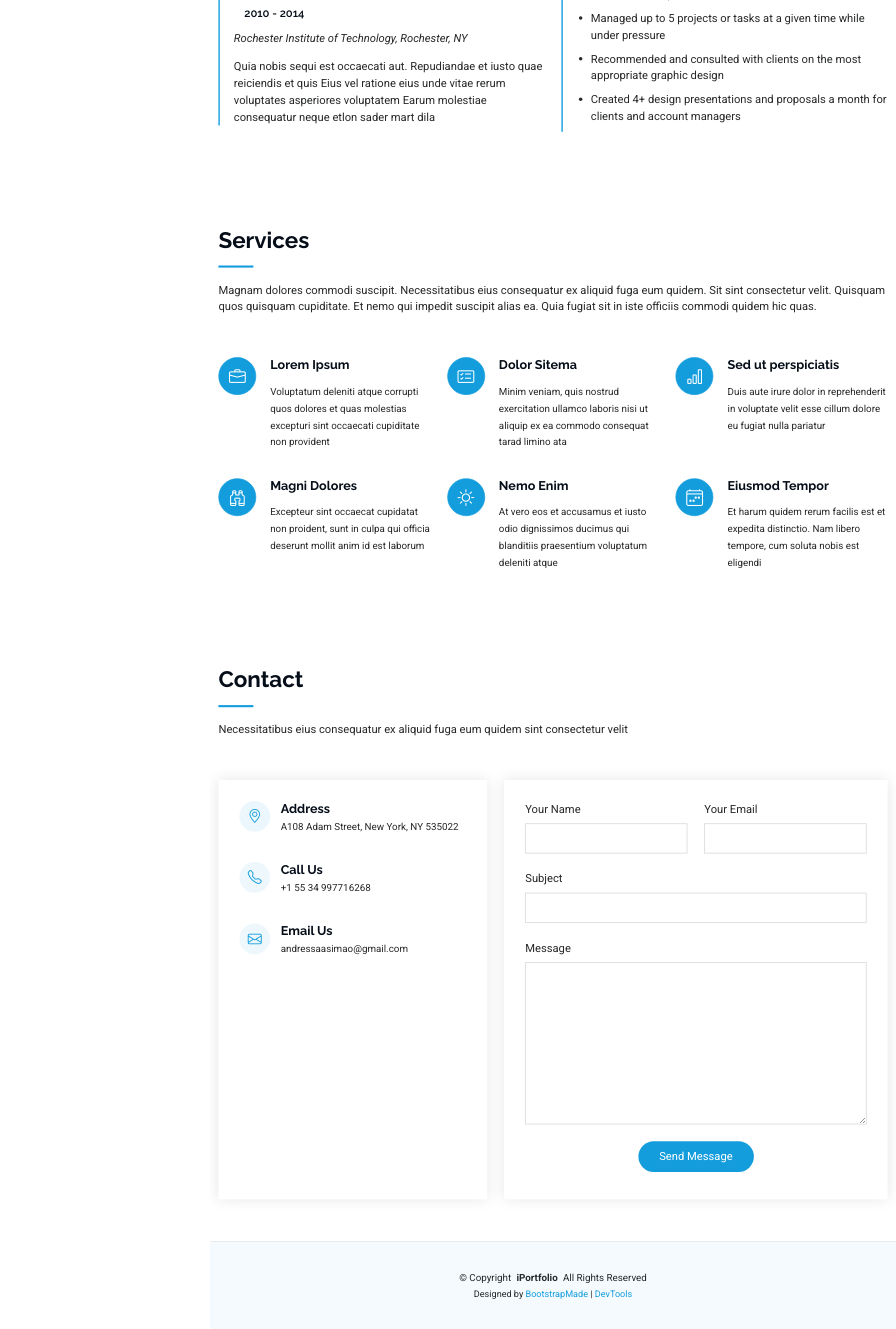
Repository: Andressa-Sim/IPortifolio
Page: index.html
The author's editor kept a copy of each file at every save. The page is drawn from the files as they stood at one save, then again after the next save.
The browser window is 1280 px wide. The pictures show the part of the page from y = 2806 to 4726 px (the page is 4705 px tall before and 4726 px after), at 70% of full size.
Pictures or frames that could not be fetched are drawn as grey boxes.

Above is the page before, as saved 2026-04-13 14:27:23.

### index.html
<!DOCTYPE html>
<html lang="en">

<head>
  <meta charset="utf-8">
  <meta content="width=device-width, initial-scale=1.0" name="viewport">
  <title>Index - iPortfolio Bootstrap Template</title>
  <meta content="" name="description">
  <meta content="" name="keywords">

  <!-- Favicons -->
  <link href="assets/img/favicon.png" rel="icon">
  <link href="assets/img/apple-touch-icon.png" rel="apple-touch-icon">

  <!-- Fonts -->
  <link href="https://fonts.googleapis.com" rel="preconnect">
  <link href="https://fonts.gstatic.com" rel="preconnect" crossorigin>
  <link href="https://fonts.googleapis.com/css2?family=Roboto:ital,wght@0,100;0,300;0,400;0,500;0,700;0,900;1,100;1,300;1,400;1,500;1,700;1,900&family=Poppins:ital,wght@0,100;0,200;0,300;0,400;0,500;0,600;0,700;0,800;0,900;1,100;1,200;1,300;1,400;1,500;1,600;1,700;1,800;1,900&family=Raleway:ital,wght@0,100;0,200;0,300;0,400;0,500;0,600;0,700;0,800;0,900;1,100;1,200;1,300;1,400;1,500;1,600;1,700;1,800;1,900&display=swap" rel="stylesheet">

  <!-- Vendor CSS Files -->
  <link href="assets/vendor/bootstrap/css/bootstrap.min.css" rel="stylesheet">
  <link href="assets/vendor/bootstrap-icons/bootstrap-icons.css" rel="stylesheet">
  <link href="assets/vendor/aos/aos.css" rel="stylesheet">
  <link href="assets/vendor/glightbox/css/glightbox.min.css" rel="stylesheet">
  <link href="assets/vendor/swiper/swiper-bundle.min.css" rel="stylesheet">

  <!-- Main CSS File -->
  <link href="assets/css/main.css" rel="stylesheet">

  <!-- =======================================================
  * Template Name: iPortfolio
  * Template URL: https://bootstrapmade.com/iportfolio-bootstrap-portfolio-websites-template/
  * Updated: Jun 29 2024 with Bootstrap v5.3.3
  * Author: BootstrapMade.com
  * License: https://bootstrapmade.com/license/
  ======================================================== -->
</head>

<body class="index-page">

  <header id="header" class="header dark-background d-flex flex-column">
    <i class="header-toggle d-xl-none bi bi-list"></i>

    <div class="profile-img">
      <img src="assets/img/my-profile-img.jpg" alt="" class="img-fluid rounded-circle">
    </div>

    <a href="index.html" class="logo d-flex align-items-center justify-content-center">
      <!-- Uncomment the line below if you also wish to use an image logo -->
      <!-- <img src="assets/img/logo.png" alt=""> -->
      <h1 class="sitename">Andressa Alves</h1>
    </a>

    <div class="social-links text-center">
      <a href="#" class="google-plus"><i class="bi bi-skype"></i></a>
      <a href="#" class="linkedin"><i class="bi bi-linkedin"></i></a>
    </div>

    <nav id="navmenu" class="navmenu">
      <ul>
        <li><a href="#hero" class="active"><i class="bi bi-house navicon"></i>Home</a></li>
        <li><a href="#about"><i class="bi bi-person navicon"></i> About</a></li>
        <li><a href="#resume"><i class="bi bi-file-earmark-text navicon"></i> Resume</a></li>
        <li><a href="#services"><i class="bi bi-hdd-stack navicon"></i> Services</a></li>
        <li class="dropdown"><a href="#"><i class="bi bi-menu-button navicon"></i> <span>Dropdown</span> <i class="bi bi-chevron-down toggle-dropdown"></i></a>
          <ul>
            <li><a href="#">Dropdown 1</a></li>
            <li class="dropdown"><a href="#"><span>Deep Dropdown</span> <i class="bi bi-chevron-down toggle-dropdown"></i></a>
              <ul>
                <li><a href="#">Deep Dropdown 1</a></li>
                <li><a href="#">Deep Dropdown 2</a></li>
                <li><a href="#">Deep Dropdown 3</a></li>
                <li><a href="#">Deep Dropdown 4</a></li>
                <li><a href="#">Deep Dropdown 5</a></li>
              </ul>
            </li>
            <li><a href="#">Dropdown 2</a></li>
            <li><a href="#">Dropdown 3</a></li>
            <li><a href="#">Dropdown 4</a></li>
          </ul>
        </li>
        <li><a href="#contact"><i class="bi bi-envelope navicon"></i> Contact</a></li>
      </ul>
    </nav>

  </header>

  <main class="main">

    <!-- Hero Section -->
    <section id="hero" class="hero section dark-background">

      <img src="assets/img/hero-bg.jpg" alt="" data-aos="fade-in" class="">

      <div class="container" data-aos="fade-up" data-aos-delay="100">
        <h2>Andressa Alves</h2>
        <p>I'm <span class="typed" data-typed-items="Designer, Developer, Freelancer">Designer</span><span class="typed-cursor typed-cursor--blink" aria-hidden="true"></span><span class="typed-cursor typed-cursor--blink" aria-hidden="true"></span></p>
      </div>

    </section><!-- /Hero Section -->

    <!-- About Section -->
    <section id="about" class="about section">

      <!-- Section Title -->
      <div class="container section-title" data-aos="fade-up">
        <h2>About</h2>
        <p>Magnam dolores commodi suscipit. Necessitatibus eius consequatur ex aliquid fuga eum quidem. Sit sint consectetur velit. Quisquam quos quisquam cupiditate. Et nemo qui impedit suscipit alias ea. Quia fugiat sit in iste officiis commodi quidem hic quas.</p>
      </div><!-- End Section Title -->

      <div class="container" data-aos="fade-up" data-aos-delay="100">

        <div class="row gy-4 justify-content-center">
          <div class="col-lg-4">
            <img src="assets/img/my-profile-img.jpg" class="img-fluid" alt="">
          </div>
          <div class="col-lg-8 content">
            <h2> Web Developer. &amp; </h2>
            <p class="fst-italic py-3">
              Lorem ipsum dolor sit amet, consectetur adipiscing elit, sed do eiusmod tempor incididunt ut labore et dolore
              magna aliqua.
            </p>
            <div class="row">
              <div class="col-lg-6">
                <ul>
                  <li><i class="bi bi-chevron-right"></i> <strong>Birthday:</strong> <span>1 May 1995</span></li>
                  <li><i class="bi bi-chevron-right"></i> <strong>Website:</strong> <span>www.example.com</span></li>
                  <li><i class="bi bi-chevron-right"></i> <strong>Phone:</strong> <span>+123 456 7890</span></li>
                  <li><i class="bi bi-chevron-right"></i> <strong>City:</strong> <span>New York, USA</span></li>
                </ul>
              </div>
              <div class="col-lg-6">
                <ul>
                  <li><i class="bi bi-chevron-right"></i> <strong>Age:</strong> <span>30</span></li>
                  <li><i class="bi bi-chevron-right"></i> <strong>Degree:</strong> <span>Master</span></li>
                  <li><i class="bi bi-chevron-right"></i> <strong>Email:</strong> <span>email@example.com</span></li>
                  <li><i class="bi bi-chevron-right"></i> <strong>Freelance:</strong> <span>Available</span></li>
                </ul>
              </div>
            </div>
            <p class="py-3">
              Officiis eligendi itaque labore et dolorum mollitia officiis optio vero. Quisquam sunt adipisci omnis et ut. Nulla accusantium dolor incidunt officia tempore. Et eius omnis.
              Cupiditate ut dicta maxime officiis quidem quia. Sed et consectetur qui quia repellendus itaque neque.
            </p>
          </div>
        </div>

      </div>

    </section><!-- /About Section -->



<!-- Skills Section -->
    <section id="skills" class="skills section light-background">

      <!-- Section Title -->
      <div class="container section-title" data-aos="fade-up">
        <h2>Skills</h2>
        <p>Necessitatibus eius consequatur ex aliquid fuga eum quidem sint consectetur velit</p>
      </div><!-- End Section Title -->

      <div class="container" data-aos="fade-up" data-aos-delay="100">

        <div class="row skills-content skills-animation">

          <div class="col-lg-6">

            <div class="progress">
              <span class="skill"><span>HTML</span> <i class="val">100%</i></span>
              <div class="progress-bar-wrap">
                <div class="progress-bar" role="progressbar" aria-valuenow="100" aria-valuemin="0" aria-valuemax="100"></div>
              </div>
            </div><!-- End Skills Item -->

            <div class="progress">
              <span class="skill"><span>CSS</span> <i class="val">90%</i></span>
              <div class="progress-bar-wrap">
                <div class="progress-bar" role="progressbar" aria-valuenow="90" aria-valuemin="0" aria-valuemax="100"></div>
              </div>
            </div><!-- End Skills Item -->

            <div class="progress">
              <span class="skill"><span>JavaScript</span> <i class="val">75%</i></span>
              <div class="progress-bar-wrap">
                <div class="progress-bar" role="progressbar" aria-valuenow="75" aria-valuemin="0" aria-valuemax="100"></div>
              </div>
            </div><!-- End Skills Item -->

          </div>


          </div>

        </div>
</div>
       </section><!-- /Skills Section -->

    <!-- Resume Section -->
    <section id="resume" class="resume section">

      <!-- Section Title -->
      <div class="container section-title" data-aos="fade-up">
        <h2>Resume</h2>
        <p>Magnam dolores commodi suscipit. Necessitatibus eius consequatur ex aliquid fuga eum quidem. Sit sint consectetur velit. Quisquam quos quisquam cupiditate. Et nemo qui impedit suscipit alias ea. Quia fugiat sit in iste officiis commodi quidem hic quas.</p>
      </div><!-- End Section Title -->

      <div class="container">

        <div class="row">

          <div class="col-lg-6" data-aos="fade-up" data-aos-delay="100">
            <h3 class="resume-title">Sumary</h3>

            <div class="resume-item pb-0">
              <h4>Brandon Johnson</h4>
              <p><em>Innovative and deadline-driven Graphic Designer with 3+ years of experience designing and developing user-centered digital/print marketing material from initial concept to final, polished deliverable.</em></p>
              <ul>
                <li>Portland par 127,Orlando, FL</li>
                <li>(123) 456-7891</li>
                <li>alice.barkley@example.com</li>
              </ul>
            </div><!-- Edn Resume Item -->

            <h3 class="resume-title">Education</h3>
            <div class="resume-item">
              <h4>Master of Fine Arts &amp; Graphic Design</h4>
              <h5>2015 - 2016</h5>
              <p><em>Rochester Institute of Technology, Rochester, NY</em></p>
              <p>Qui deserunt veniam. Et sed aliquam labore tempore sed quisquam iusto autem sit. Ea vero voluptatum qui ut dignissimos deleniti nerada porti sand markend</p>
            </div><!-- Edn Resume Item -->

            <div class="resume-item">
              <h4>Bachelor of Fine Arts &amp; Graphic Design</h4>
              <h5>2010 - 2014</h5>
              <p><em>Rochester Institute of Technology, Rochester, NY</em></p>
              <p>Quia nobis sequi est occaecati aut. Repudiandae et iusto quae reiciendis et quis Eius vel ratione eius unde vitae rerum voluptates asperiores voluptatem Earum molestiae consequatur neque etlon sader mart dila</p>
            </div><!-- Edn Resume Item -->

          </div>

          <div class="col-lg-6" data-aos="fade-up" data-aos-delay="200">
            <h3 class="resume-title">Professional Experience</h3>
            <div class="resume-item">
              <h4>Senior graphic design specialist</h4>
              <h5>2019 - Present</h5>
              <p><em>Experion, New York, NY </em></p>
              <ul>
                <li>Lead in the design, development, and implementation of the graphic, layout, and production communication materials</li>
                <li>Delegate tasks to the 7 members of the design team and provide counsel on all aspects of the project. </li>
                <li>Supervise the assessment of all graphic materials in order to ensure quality and accuracy of the design</li>
                <li>Oversee the efficient use of production project budgets ranging from $2,000 - $25,000</li>
              </ul>
            </div><!-- Edn Resume Item -->

            <div class="resume-item">
              <h4>Graphic design specialist</h4>
              <h5>2017 - 2018</h5>
              <p><em>Stepping Stone Advertising, New York, NY</em></p>
              <ul>
                <li>Developed numerous marketing programs (logos, brochures,infographics, presentations, and advertisements).</li>
                <li>Managed up to 5 projects or tasks at a given time while under pressure</li>
                <li>Recommended and consulted with clients on the most appropriate graphic design</li>
                <li>Created 4+ design presentations and proposals a month for clients and account managers</li>
              </ul>
            </div><!-- Edn Resume Item -->

          </div>

        </div>

      </div>

    </section><!-- /Resume Section -->

    <!-- Services Section -->
    <section id="services" class="services section">

      <!-- Section Title -->
      <div class="container section-title" data-aos="fade-up">
        <h2>Services</h2>
        <p>Magnam dolores commodi suscipit. Necessitatibus eius consequatur ex aliquid fuga eum quidem. Sit sint consectetur velit. Quisquam quos quisquam cupiditate. Et nemo qui impedit suscipit alias ea. Quia fugiat sit in iste officiis commodi quidem hic quas.</p>
      </div><!-- End Section Title -->

      <div class="container">

        <div class="row gy-4">

          <div class="col-lg-4 col-md-6 service-item d-flex" data-aos="fade-up" data-aos-delay="100">
            <div class="icon flex-shrink-0"><i class="bi bi-briefcase"></i></div>
            <div>
              <h4 class="title"><a href="service-details.html" class="stretched-link">Lorem Ipsum</a></h4>
              <p class="description">Voluptatum deleniti atque corrupti quos dolores et quas molestias excepturi sint occaecati cupiditate non provident</p>
            </div>
          </div>
          <!-- End Service Item -->

          <div class="col-lg-4 col-md-6 service-item d-flex" data-aos="fade-up" data-aos-delay="200">
            <div class="icon flex-shrink-0"><i class="bi bi-card-checklist"></i></div>
            <div>
              <h4 class="title"><a href="service-details.html" class="stretched-link">Dolor Sitema</a></h4>
              <p class="description">Minim veniam, quis nostrud exercitation ullamco laboris nisi ut aliquip ex ea commodo consequat tarad limino ata</p>
            </div>
          </div><!-- End Service Item -->

          <div class="col-lg-4 col-md-6 service-item d-flex" data-aos="fade-up" data-aos-delay="300">
            <div class="icon flex-shrink-0"><i class="bi bi-bar-chart"></i></div>
            <div>
              <h4 class="title"><a href="service-details.html" class="stretched-link">Sed ut perspiciatis</a></h4>
              <p class="description">Duis aute irure dolor in reprehenderit in voluptate velit esse cillum dolore eu fugiat nulla pariatur</p>
            </div>
          </div><!-- End Service Item -->

          <div class="col-lg-4 col-md-6 service-item d-flex" data-aos="fade-up" data-aos-delay="400">
            <div class="icon flex-shrink-0"><i class="bi bi-binoculars"></i></div>
            <div>
              <h4 class="title"><a href="service-details.html" class="stretched-link">Magni Dolores</a></h4>
              <p class="description">Excepteur sint occaecat cupidatat non proident, sunt in culpa qui officia deserunt mollit anim id est laborum</p>
            </div>
          </div><!-- End Service Item -->

          <div class="col-lg-4 col-md-6 service-item d-flex" data-aos="fade-up" data-aos-delay="500">
            <div class="icon flex-shrink-0"><i class="bi bi-brightness-high"></i></div>
            <div>
              <h4 class="title"><a href="service-details.html" class="stretched-link">Nemo Enim</a></h4>
              <p class="description">At vero eos et accusamus et iusto odio dignissimos ducimus qui blanditiis praesentium voluptatum deleniti atque</p>
            </div>
          </div><!-- End Service Item -->

          <div class="col-lg-4 col-md-6 service-item d-flex" data-aos="fade-up" data-aos-delay="600">
            <div class="icon flex-shrink-0"><i class="bi bi-calendar4-week"></i></div>
            <div>
              <h4 class="title"><a href="service-details.html" class="stretched-link">Eiusmod Tempor</a></h4>
              <p class="description">Et harum quidem rerum facilis est et expedita distinctio. Nam libero tempore, cum soluta nobis est eligendi</p>
            </div>
          </div><!-- End Service Item -->

        </div>

      </div>

    </section><!-- /Services Section -->




     <!-- Contact Section -->
    <section id="contact" class="contact section">

      <!-- Section Title -->
      <div class="container section-title" data-aos="fade-up">
        <h2>Contact</h2>
        <p>Necessitatibus eius consequatur ex aliquid fuga eum quidem sint consectetur velit</p>
      </div><!-- End Section Title -->

      <div class="container" data-aos="fade-up" data-aos-delay="100">

        <div class="row gy-4">

          <div class="col-lg-5">

            <div class="info-wrap">
              <div class="info-item d-flex" data-aos="fade-up" data-aos-delay="200">
                <i class="bi bi-geo-alt flex-shrink-0"></i>
                <div>
                  <h3>Address</h3>
                  <p>A108 Adam Street, New York, NY 535022</p>
                </div>
              </div><!-- End Info Item -->

              <div class="info-item d-flex" data-aos="fade-up" data-aos-delay="300">
                <i class="bi bi-telephone flex-shrink-0"></i>
                <div>
                  <h3>Call Us</h3>
                  <p>+1 55 34 997716268</p>
                </div>
              </div><!-- End Info Item -->

              <div class="info-item d-flex" data-aos="fade-up" data-aos-delay="400">
                <i class="bi bi-envelope flex-shrink-0"></i>
                <div>
                  <h3>Email Us</h3>
                  <p>andressaasimao@gmail.com</p>
                </div>
              </div><!-- End Info Item -->

              <iframe src="https://www.google.com/maps/embed?pb=!1m14!1m8!1m3!1d48389.78314118045!2d-74.006138!3d40.710059!3m2!1i1024!2i768!4f13.1!3m3!1m2!1s0x89c25a22a3bda30d%3A0xb89d1fe6bc499443!2sDowntown%20Conference%20Center!5e0!3m2!1sen!2sus!4v1676961268712!5m2!1sen!2sus" frameborder="0" style="border:0; width: 100%; height: 270px;" allowfullscreen="" loading="lazy" referrerpolicy="no-referrer-when-downgrade"></iframe>
            </div>
          </div>

          <div class="col-lg-7">
            <form action="forms/contact.php" method="post" class="php-email-form" data-aos="fade-up" data-aos-delay="200">
              <div class="row gy-4">

                <div class="col-md-6">
                  <label for="name-field" class="pb-2">Your Name</label>
                  <input type="text" name="name" id="name-field" class="form-control" required="">
                </div>

                <div class="col-md-6">
                  <label for="email-field" class="pb-2">Your Email</label>
                  <input type="email" class="form-control" name="email" id="email-field" required="">
                </div>

                <div class="col-md-12">
                  <label for="subject-field" class="pb-2">Subject</label>
                  <input type="text" class="form-control" name="subject" id="subject-field" required="">
                </div>

                <div class="col-md-12">
                  <label for="message-field" class="pb-2">Message</label>
                  <textarea class="form-control" name="message" rows="10" id="message-field" required=""></textarea>
                </div>

                <div class="col-md-12 text-center">
                  <div class="loading">Loading</div>
                  <div class="error-message"></div>
                  <div class="sent-message">Your message has been sent. Thank you!</div>

                  <button type="submit">Send Message</button>
                </div>

              </div>
            </form>
          </div><!-- End Contact Form -->

        </div>

      </div>

    </section><!-- /Contact Section -->

  </main>

  <footer id="footer" class="footer position-relative light-background">

    <div class="container">
      <div class="copyright text-center ">
        <p>© <span>Copyright</span> <strong class="px-1 sitename">iPortfolio</strong> <span>All Rights Reserved</span></p>
      </div>
      <div class="credits">
        <!-- All the links in the footer should remain intact. -->
        <!-- You can delete the links only if you've purchased the pro version. -->
        <!-- Licensing information: https://bootstrapmade.com/license/ -->
        <!-- Purchase the pro version with working PHP/AJAX contact form: [buy-url] -->
        Designed by <a href="https://bootstrapmade.com/">BootstrapMade</a> | <a href="https://bootstrapmade.com/tools/">DevTools</a>
      </div>
    </div>

  </footer>

  <!-- Scroll Top -->
  <a href="#" id="scroll-top" class="scroll-top d-flex align-items-center justify-content-center"><i class="bi bi-arrow-up-short"></i></a>

  <!-- Preloader -->
  <div id="preloader"></div>

  <!-- Vendor JS Files -->
  <script src="assets/vendor/bootstrap/js/bootstrap.bundle.min.js"></script>
  <script src="assets/vendor/php-email-form/validate.js"></script>
  <script src="assets/vendor/aos/aos.js"></script>
  <script src="assets/vendor/typed.js/typed.umd.js"></script>
  <script src="assets/vendor/purecounter/purecounter_vanilla.js"></script>
  <script src="assets/vendor/waypoints/noframework.waypoints.js"></script>
  <script src="assets/vendor/glightbox/js/glightbox.min.js"></script>
  <script src="assets/vendor/imagesloaded/imagesloaded.pkgd.min.js"></script>
  <script src="assets/vendor/isotope-layout/isotope.pkgd.min.js"></script>
  <script src="assets/vendor/swiper/swiper-bundle.min.js"></script>

  <!-- Main JS File -->
  <script src="assets/js/main.js"></script>

</body>

</html>

Loaded but not shown: assets/vendor/bootstrap/css/bootstrap.min.css (library); assets/vendor/bootstrap-icons/bootstrap-icons.css (library); assets/vendor/aos/aos.css (library); assets/vendor/glightbox/css/glightbox.min.css (library); assets/vendor/swiper/swiper-bundle.min.css (library); assets/vendor/bootstrap/js/bootstrap.bundle.min.js (library); assets/vendor/php-email-form/validate.js (common file); assets/vendor/aos/aos.js (library); assets/vendor/typed.js/typed.umd.js (library); assets/vendor/purecounter/purecounter_vanilla.js (library); assets/vendor/waypoints/noframework.waypoints.js (library); assets/vendor/glightbox/js/glightbox.min.js (library); assets/vendor/imagesloaded/imagesloaded.pkgd.min.js (library); assets/vendor/isotope-layout/isotope.pkgd.min.js (library); assets/vendor/swiper/swiper-bundle.min.js (library); assets/js/main.js (229 lines, source omitted); assets/css/main.css (1275 lines, source omitted)

After the next save:
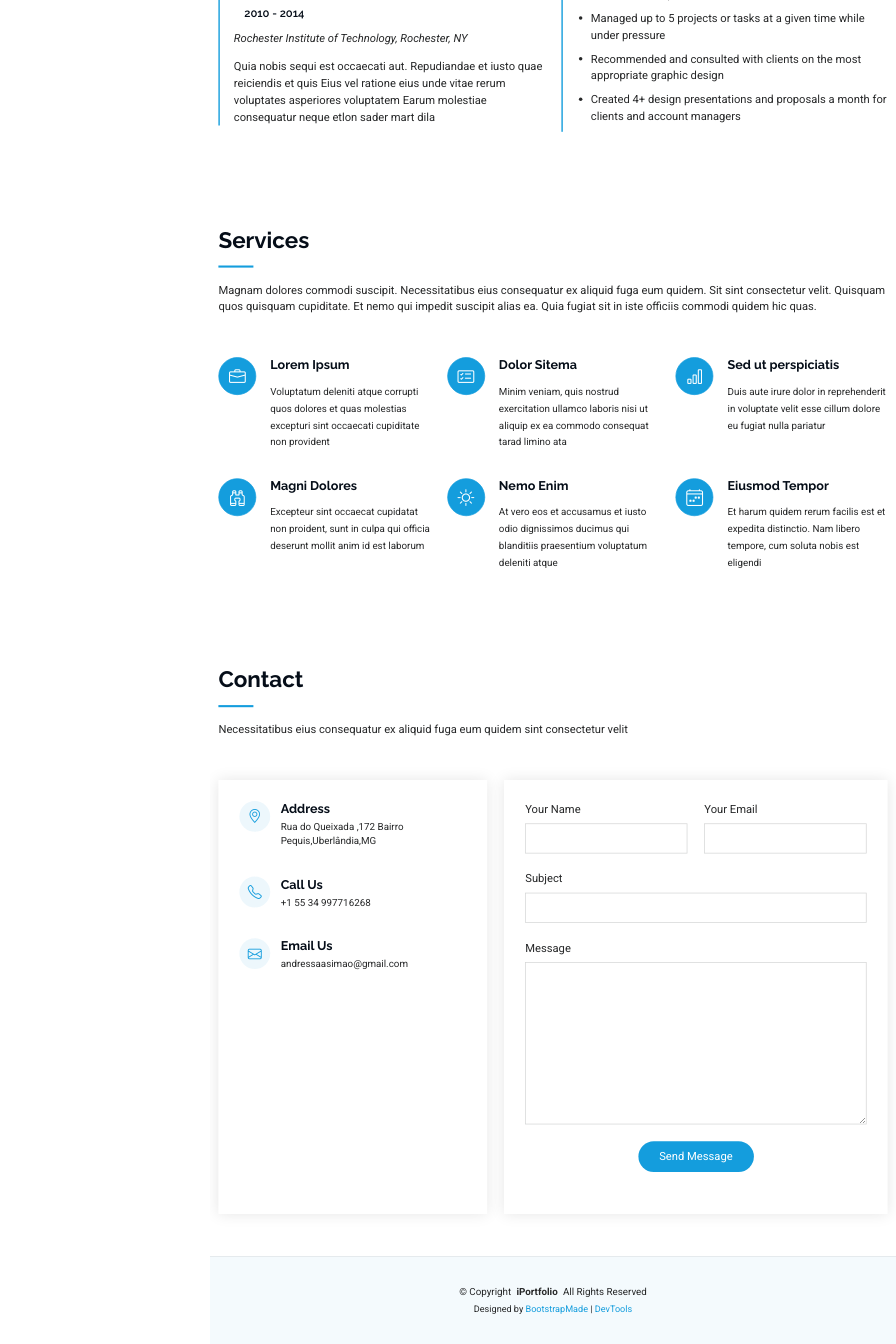
Saved 6 min 26 s later.
--- a/index.html
+++ b/index.html
@@ -364,7 +364,7 @@
                 <i class="bi bi-geo-alt flex-shrink-0"></i>
                 <div>
                   <h3>Address</h3>
-                  <p>A108 Adam Street, New York, NY 535022</p>
+                  <p>Rua do Queixada ,172 Bairro Pequis,Uberlândia,MG</p>
                 </div>
               </div><!-- End Info Item -->
 
